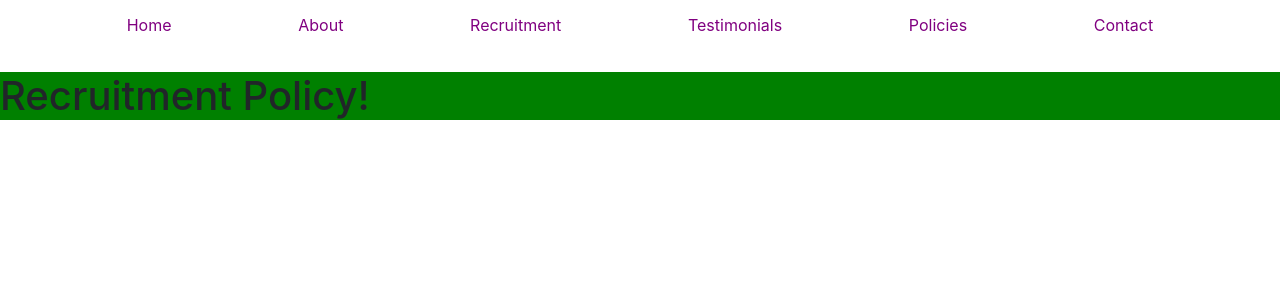
Repository: cerebrium/website
Page: /recruitment
These files come from the project's save history. The page is drawn as it stood at one moment and after the next save; the edit follows.
The browser window is 1280 px wide. The pictures show the whole page.
The project was rebuilt for these pictures with package versions that can differ from the ones it lists, and the page was loaded fresh each time. Also part of the build but not shown: src/Routes/About.jsx, src/Routes/Testimonials.jsx, src/Routes/Policies.jsx, src/Routes/Home.jsx, src/Routes/Contact.jsx.

Above is the page before, as saved 2019-11-02 12:44:27.

### src/App.jsx
import React from 'react';
import './styles/App.css'
import {
  BrowserRouter as Router,
  Route,
  Link
} from 'react-router-dom';
import About from './Routes/About'
import Recruitment from './Routes/Recruitment'
import Testimonials from './Routes/Testimonials'
import Policies from './Routes/Policies'
import Home from './Routes/Home'
import Contact from './Routes/Contact'

class App extends React.Component {
  render () {
    return (
      <Router>
        <div className='mainContainer'>
          <div className='navContainer'>
            <div><Link to='/' className='nav'>Home</Link></div><div><Link to='/about' className='nav'>About</Link></div><div><Link to='/recruitment' className='nav'>Recruitment</Link></div><div><Link to='/testimonials' className='nav'>Testimonials</Link></div><div><Link to='/policies' className='nav'>Policies</Link></div><div><Link to='/contact'className='nav'>Contact</Link></div>
          </div>
          <Route exact path='/' component={Home}/>
          <Route exact path='/about' component={About}/>
          <Route exact path='/recruitment' component={Recruitment}/>
          <Route exact path='/testimonials' component={Testimonials}/>
          <Route exact path='/policies' component={Policies}/>
          <Route exact path='/contact' component={Contact}/>
        </div>
      </Router>
    )
  }
}

export default App;

### src/styles/App.css

/***************************** MAIN APP STYLING ******************************/

.App {
  text-align: center;
}

.mainContainer {
  min-width: 100vw;
}

.navContainer {
  display: flex;
  flex-flow: row;
  align-items: center;
  justify-content: space-evenly;
  position: fixed; /* Make it stick, even on scroll */
  width: 100%;
  margin: 0;
  padding: 0;
  height: 7%;
  background: white;
}

.nav {
  text-decoration: none;
  color: purple;
}

/***************************** HOME APP STYLING ******************************/
.rowCentering {
  display: flex;
  justify-content: center;
}

h1 {
  background: green;
}

### src/Routes/Recruitment.jsx
import React from 'react';

class Recruitment extends React.Component {
    render () {
        return (
            <div className='recruitmentPageMainDiv'>
                <br /><br /><br />
                <h1>Recruitment Policy!</h1>
            </div>
        )
    }
}

export default Recruitment;

Loaded but not shown: public/index.html (common file); src/index.js (common file); src/index.css (common file); src/serviceWorker.js (common file)

After the next save:
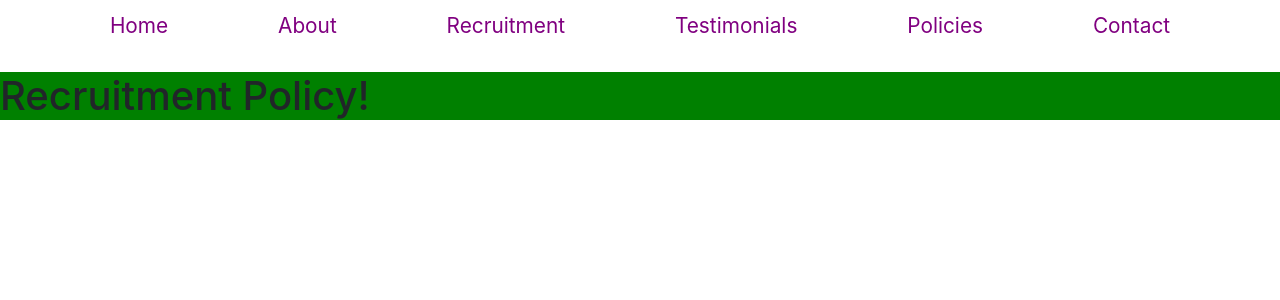
Saved 30 s later.
--- a/src/styles/App.css
+++ b/src/styles/App.css
@@ -25,6 +25,7 @@
 .nav {
   text-decoration: none;
   color: purple;
+  font-size: 1.3em;
 }
 
 /***************************** HOME APP STYLING ******************************/
